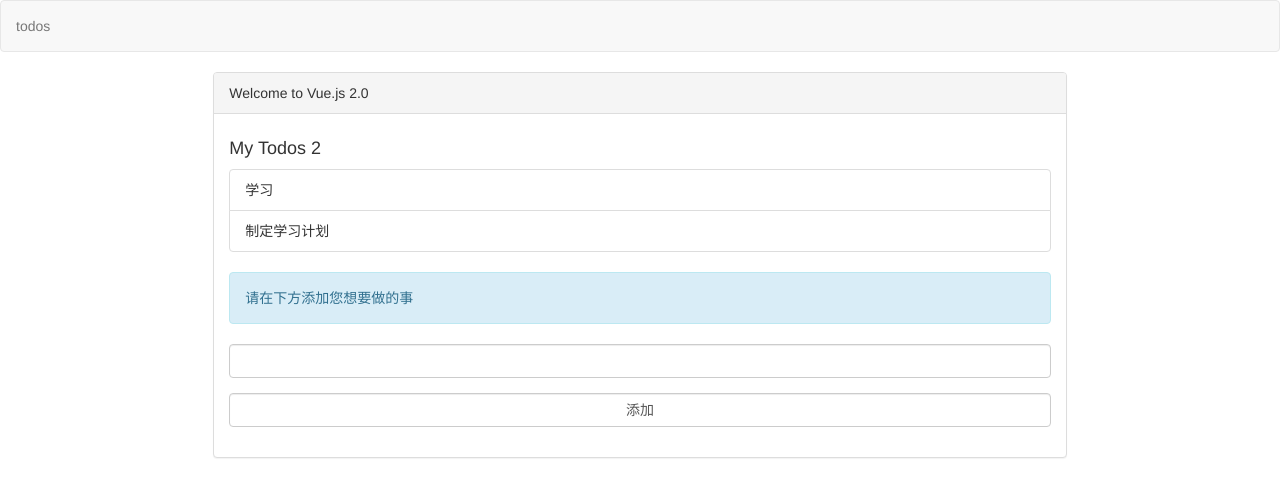
Repository: myr1111/todo
Page: Todoapp/index.html
An editor plug-in stored every save of this project. The page is shown before and after a run of saves, followed by the edit.
The browser window is 1280 px wide. The pictures show the whole page.

Above is the page before, as saved 2019-04-01 08:28:44.

### Todoapp/index.html
<!DOCTYPE html>
<html lang="en">
<head>
    <meta charset="UTF-8">
    <meta name="viewport" content="width=device-width, initial-scale=1.0">
    <meta http-equiv="X-UA-Compatible" content="ie=edge">
    <title>Document</title>
    <link rel="stylesheet" href="bootstrap.min.css">
    <script src="vue.min.js"></script>
</head>
<body>
    <nav class="navbar navbar-default">
        <p class="navbar-text">todos</p>
    </nav>
    <div id="app" class="container col-md-8 col-md-offset-2">
        <div class="row">
            <div class="panel panel-default">
                <div class=" panel-heading">Welcome to Vue.js 2.0</div>
                <div class="panel-body">
                    <h4>My Todos {{todosCount}}</h4>
                    <ul class="list-group">
                        <li class="list-group-item"
                            v-for="todo in todos"
                        >{{todo.title}}</li>
                    </ul>
                    <div class="alert alert-info">请在下方添加您想要做的事</div>
                    <form >
                        <div class="form-group">
                            <input type="text" class="form-control">
                        </div>
                        <div class="form-group">
                            <button type="submit" class="form-control">添加</button>
                        </div>
                    </form>
                </div>
            </div>
        </div>
    </div>
    <script>
        new Vue({
            el : "#app",
            data : {
                todos : [
                    {title : "学习"},
                    {title : "制定学习计划"}
                ]
            },
            computed: {
                todosCount(){
                    return this.todos.length;
                }
            },
        });

    </script>
</body>
</html>

Loaded but not shown: Todoapp/bootstrap.min.css (library); Todoapp/vue.min.js (library)

After the next 2 saves:
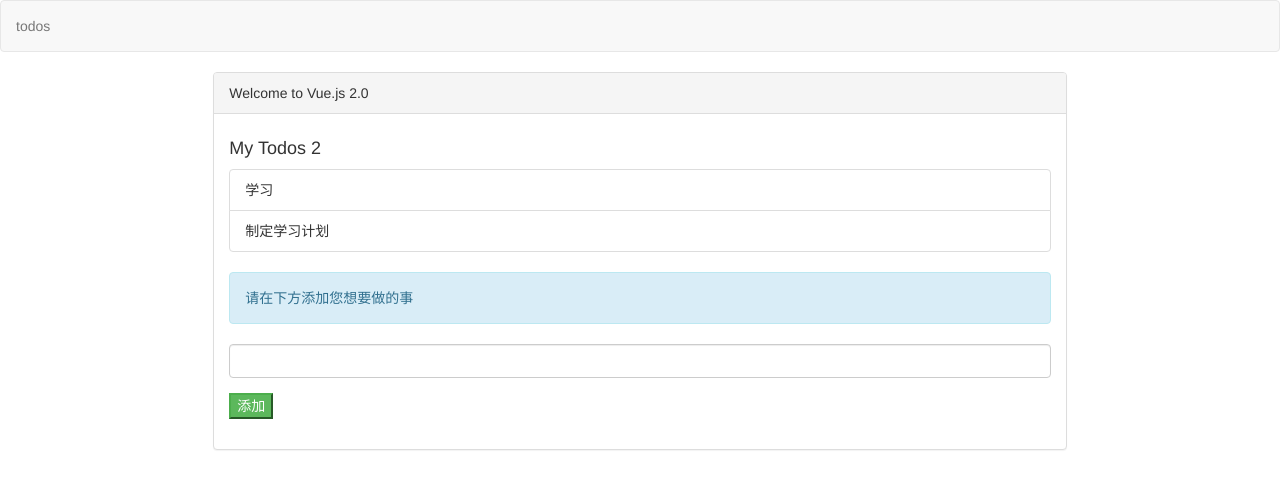
The 2 saves are shown as one change because they came seconds apart.
The last was saved 17 s later.
--- a/Todoapp/index.html
+++ b/Todoapp/index.html
@@ -29,7 +29,7 @@
                             <input type="text" class="form-control">
                         </div>
                         <div class="form-group">
-                            <button type="submit" class="form-control">添加</button>
+                            <button type="submit" class="btn-success">添加</button>
                         </div>
                     </form>
                 </div>
